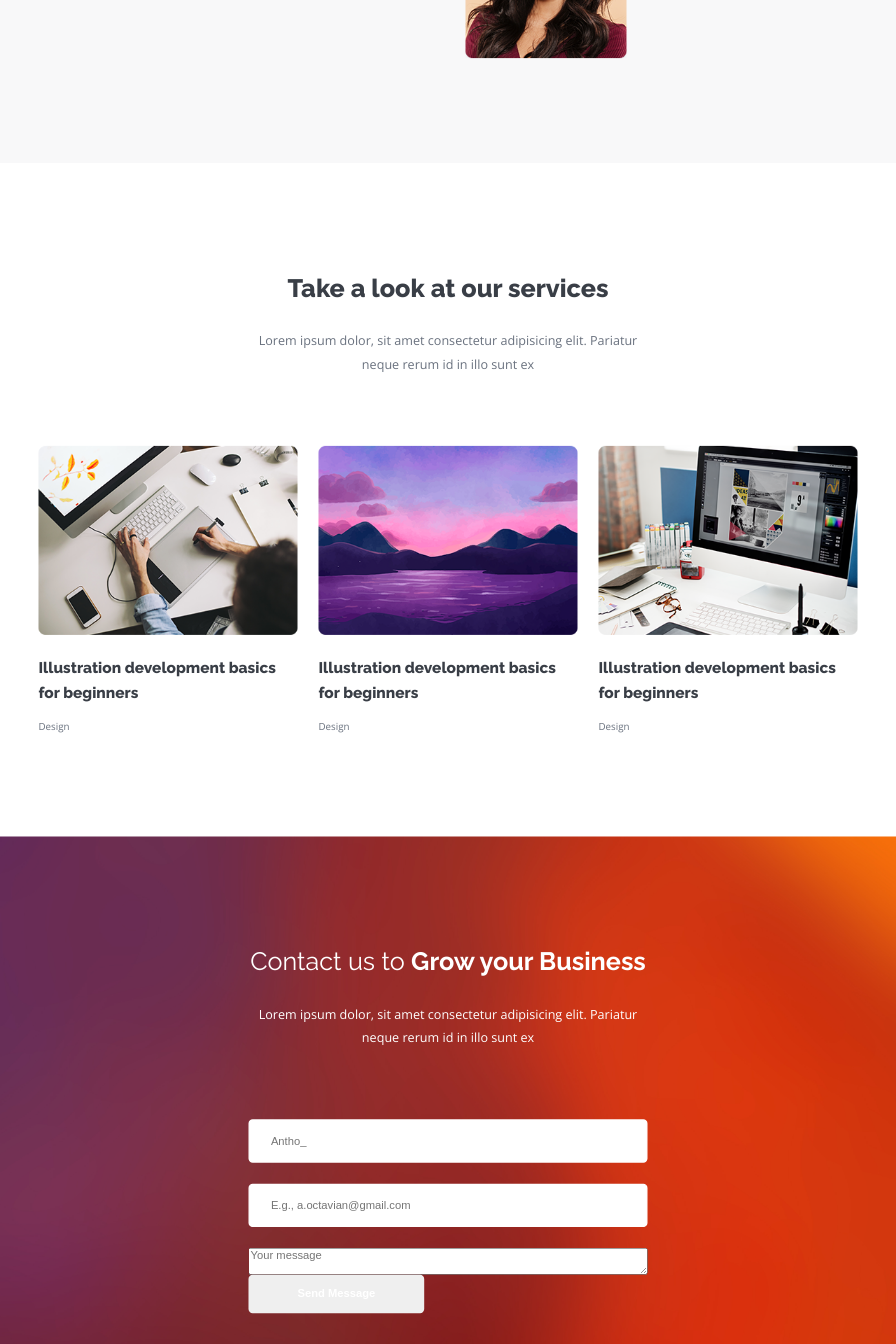
Repository: huydev0401/octavian-1
Page: index.html
The author's editor kept a copy of each file at every save. The page is drawn from the files as they stood at one save, then again after the next save.
The browser window is 1280 px wide. The pictures show the part of the page from y = 4580 to 6500 px (the page is 6606 px tall before and 6573 px after), at 70% of full size.
The style sheet was rebuilt from its Sass, Less or Tailwind sources for each picture, by a compiler version that may differ from the author's.

Above is the page before, as saved 2021-09-02 15:32:59.

### index.html
<!DOCTYPE html>
<html lang="en">
  <head>
    <meta charset="UTF-8" />
    <meta http-equiv="X-UA-Compatible" content="IE=edge" />
    <meta name="viewport" content="width=device-width, initial-scale=1.0" />
    <title>Octavian 1</title>
    <link rel="preconnect" href="https://fonts.googleapis.com">
    <link rel="preconnect" href="https://fonts.gstatic.com" crossorigin>
    <link
        href="https://fonts.googleapis.com/css2?family=Open+Sans:ital,wght@0,300;0,400;0,600;1,700&family=Raleway:wght@400;600;700;800&display=swap"
        rel="stylesheet">
    <link href="https://unpkg.com/ionicons@4.5.10-0/dist/css/ionicons.min.css" rel="stylesheet">
    <link rel="stylesheet" href="./css/app.css">
  </head>
  <body>
    <div class="wrapper">
        <header class="header">
            <div class="container">
                <div class="header-main">
                    <a href="index.html" class="header-logo">
                        <img src="./images/logo.png" alt="">
                    </a>
                    <div class="navigation">
                        <span class="header-phone">
                            Phone: <a href="tel: +055 - 951 237 851">+055 - 951 237 851</a>
                        </span>
                        <img src="./images/icon-search.png" alt="" class="icon-search">
                        <img src="./images/icon-bars.png" alt="" class="menu-toogle">
                    </div>
                </div>
            </div>
        </header>
        <main class="main">
            <section class="hero">
                <img src="./images/img1.png" alt="" class="hero-image">
                <div class="hero-content">
                    <h2 class="hero-caption">
                        creative & digital
                    </h2>
                    <h1 class="hero-heading">
                        Agency
                    </h1>
                    <a href="#" class="hero-link">Purchase Now</a>
                </div>
            </section>
            <section class="portfolio">
                <div class="container">
                   <div class="portfolio-list">
                        <div class="portfolio-column">
                            <div class="portfolio-item">
                                <a href="#" class="portfolio-image">
                                    <img src="./images/img2.png" alt="">
                                </a>
                                <h3>
                                    <a class="portfolio-title title" href="#">Campaign of exhibition of architectural field</a>
                                </h3>
                                <span>
                                    <a href="#" class="portfolio-category text--small">Brand</a>
                                </span>
                            </div>
                            <div class="portfolio-item">
                                <a href="#" class="portfolio-image">
                                    <img src="./images/img3.png" alt="">
                                </a>
                                <h3>
                                    <a class="portfolio-title title" href="#">Campaign of exhibition of architectural field</a>
                                </h3>
                                <span>
                                    <a href="#" class="portfolio-category text--small">Brand</a>
                                </span>
                            </div>
                            <div class="portfolio-item">
                                <a href="#" class="portfolio-image">
                                    <img src="./images/img4.png" alt="">
                                </a>
                                <h3>
                                    <a class="portfolio-title title" href="#">Campaign of exhibition of architectural field</a>
                                </h3>
                                <span>
                                    <a href="#" class="portfolio-category text--small">Brand</a>
                                </span>
                            </div>
                        </div>
                        <div class="portfolio-column">
                            <div class="portfolio-item">
                                <a href="#" class="portfolio-image">
                                    <img src="./images/img5.png" alt="">
                                </a>
                                <h3>
                                    <a class="portfolio-title title" href="#">Campaign of exhibition of architectural field</a>
                                </h3>
                                <span>
                                    <a href="#" class="portfolio-category text--small">Brand</a>
                                </span>
                            </div>
                            <div class="portfolio-item">
                                <a href="#" class="portfolio-image">
                                    <img src="./images/img6.png" alt="">
                                </a>
                                <h3>
                                    <a class="portfolio-title title" href="#">Campaign of exhibition of architectural field</a>
                                </h3>
                                <span>
                                    <a href="#" class="portfolio-category text--small">Brand</a>
                                </span>
                            </div>
                            <div class="portfolio-item">
                                <a href="#" class="portfolio-image">
                                    <img src="./images/img7.png" alt="">
                                </a>
                                <h3>
                                    <a class="portfolio-title title" href="#">Campaign of exhibition of architectural field</a>
                                </h3>
                                <span>
                                    <a href="#" class="portfolio-category text--small">Brand</a>
                                </span>
                            </div>
                            <div class="portfolio-item">
                                <a href="#" class="portfolio-image">
                                    <img src="./images/img8.png" alt="">
                                </a>
                                <h3>
                                    <a class="portfolio-title title" href="#">Campaign of exhibition of architectural field</a>
                                </h3>
                                <span>
                                    <a href="#" class="portfolio-category text--small">Brand</a>
                                </span>
                            </div>
                        </div>
                        <div class="portfolio-column">
                            <div class="portfolio-item">
                                <a href="#" class="portfolio-image">
                                    <img src="./images/img9.png" alt="">
                                </a>
                                <h3>
                                    <a class="portfolio-title title" href="#">Campaign of exhibition of architectural field</a>
                                </h3>
                                <span>
                                    <a href="#" class="portfolio-category text--small">Brand</a>
                                </span>
                            </div>
                            <div class="portfolio-item">
                                <a href="#" class="portfolio-image">
                                    <img src="./images/img10.png" alt="">
                                </a>
                                <h3>
                                    <a class="portfolio-title title" href="#">Campaign of exhibition of architectural field</a>
                                </h3>
                                <span>
                                    <a href="#" class="portfolio-category text--small">Brand</a>
                                </span>
                            </div>
                            <div class="portfolio-item">
                                <a href="#" class="portfolio-image">
                                    <img src="./images/img11.png" alt="">
                                </a>
                                <h3>
                                    <a class="portfolio-title title" href="#">Campaign of exhibition of architectural field</a>
                                </h3>
                                <span>
                                    <a href="#" class="portfolio-category text--small">Brand</a>
                                </span>
                            </div>
                        </div>
                   </div>
                   <a href="#" class="btn btn--primary portfolio-link">Get Started</a>
                </div>
            </section>
            <section class="partner">
                <div class="container">
                    <div class="partner-list">
                        <a href="#" class="partner-item">
                            <img src="./images/logo1.png" alt="">
                        </a>
                        <a href="#" class="partner-item">
                            <img src="./images/logo2.png" alt="">
                        </a>
                        <a href="#" class="partner-item">
                            <img src="./images/logo3.png" alt="">
                        </a>
                        <a href="#" class="partner-item">
                            <img src="./images/logo4.png" alt="">
                        </a>
                        <a href="#" class="partner-item">
                            <img src="./images/logo5.png" alt="">
                        </a>
                        <a href="#" class="partner-item">
                            <img src="./images/logo6.png" alt="">
                        </a>
                        <a href="#" class="partner-item">
                            <img src="./images/logo7.png" alt="">
                        </a>
                        <a href="#" class="partner-item">
                            <img src="./images/logo8.png" alt="">
                        </a>
                    </div>
                </div>
            </section>
            <section class="team">
                <div class="container">
                   <div class="team-main">
                        <div class="team-content">
                            <h2 class="team-heading heading">
                                Our team will be Happy to help you
                            </h2>
                            <p class="team-desc text">
                                Lorem ipsum dolor sit amet consectetur adipisicing elit. Mollitia sapiente perferendis architecto repudiandae
                            </p>
                            <a href="#" class="btn btn--primary team-link">Get Started</a>
                        </div>
                        <div class="team-images">
                            <div class="team-column">
                                <a href="#" class="team-image">
                                    <img src="./images/team1.png" alt="">
                                </a>
                                <a href="#" class="team-image">
                                    <img src="./images/team2.png" alt="" class="team-image2">
                                </a>
                            </div>
                            <div class="team-column">
                                <a href="#" class="team-image">
                                    <img src="./images/team3.png" alt="">
                                </a>
                            </div>
                        </div>
                   </div>
                </div>
            </section>
            <section class="blog">
                <div class="container">
                    <div class="blog-header">
                        <h2 class="blog-heading heading">
                            Take a look at our services
                        </h2>
                        <p class="blog-desc text">
                            Lorem ipsum dolor, sit amet consectetur adipisicing elit. Pariatur neque rerum id in illo sunt ex
                        </p>
                    </div>
                    <div class="blog-content">
                        <div class="blog-item">
                            <a href="#" class="blog-image">
                                <img src="./images/blog1.png" alt="">
                            </a>
                            <h3>
                                <a href="#" class="blog-title title">
                                    Illustration development basics for beginners
                                </a>
                            </h3>
                            <a href="#" class="blog-category text--small">Design</a>
                        </div>
                        <div class="blog-item">
                            <a href="#" class="blog-image">
                                <img src="./images/blog2.png" alt="">
                            </a>
                            <h3>
                                <a href="#" class="blog-title title">
                                    Illustration development basics for beginners
                                </a>
                            </h3>
                            <a href="#" class="blog-category text--small">Design</a>
                        </div>
                        <div class="blog-item">
                            <a href="#" class="blog-image">
                                <img src="./images/blog3.png" alt="">
                            </a>
                            <h3>
                                <a href="#" class="blog-title title">
                                    Illustration development basics for beginners
                                </a>
                            </h3>
                            <a href="#" class="blog-category text--small">Design</a>
                        </div>
                    </div>
                </div>
            </section>
            <section class="contact">
                <div class="container">
                    <div class="contact-container">
                        <div class="contact-header">
                            <h2 class="contact-heading heading">
                                Contact us to <span>Grow your Business</span>
                            </h2>
                            <p class="contact-desc text">
                                Lorem ipsum dolor, sit amet consectetur adipisicing elit. Pariatur neque rerum id in illo sunt ex
                            </p>
                        </div>
                        <form class="contact-form">
                            <input type="text" class="contact-input contact-filed" placeholder="Antho_">
                            <input type="email" class="contact-input contact-filed" placeholder="E.g., a.octavian@gmail.com">
                            <textarea class="contact-area contact-filed" placeholder="Your message"></textarea>
                            <button type="submit" class="btn btn-secondary">Send Message</button>
                        </form>
                    </div>
                </div>
            </section>
        </main>
    </div>
  </body>
</html>

### scss/app.scss
@import "variables";
@import "function";
@import "reset";
@import "base";
@import "header";
@import "hero";
@import "portfolio";
@import "partner";
@import "team";
@import "blog";
@import "contact";

### scss/_variables.scss
$primary-font: "Open Sans", sans-serif;
$secondary-font: "Raleway", sans-serif;
$gray: #393e46;
$gray-dark: #282f3a;
$gray-darkest: #252b36;
$gray-light: #6a727f;
$gray-lightest: #f8f8f9;
$blue-color: #4a44f2;

### scss/_function.scss
@use 'sass:math';
@function lineH($s, $h) {
  @return math.div($s, $h);
} ;

### scss/_base.scss
*,
*:before,
*:after {
  box-sizing: border-box;
}
/* using rem unit */
html {
  font-size: 62.5%;
  scroll-behavior: smooth;
}
a {
  text-decoration: none;
}
img {
  display: block;
  max-width: 100%;
}
body {
  font-family: $primary-font;
  font-size: 18px;
  line-height: 1;
}
input,
button,
textarea,
select {
  outline: none;
  font-family: "Poppins", sans-serif;
  font-size: 16px;
  line-height: 1;
}
input {
  line-height: normal;
}
button {
  cursor: pointer;
}

h1,
h2,
h3,
h4,
h5,
h6 {
  font-family: $secondary-font;
}

.wrapper {
  max-width: 1920px;
  margin: 0 auto;
}

.container {
  max-width: 1200px;
  margin: 0 auto;
  padding-left: 15px;
  padding-right: 15px;
}

.heading {
  font-size: 36px;
  font-weight: 800;
  line-height: lineH(56, 36);
  margin-bottom: 30px;
  color: $gray;
}

.title {
  display: block;
  font-size: 22px;
  line-height: lineH(35, 22);
  color: $gray;
  font-weight: 800;
  margin-bottom: 20px;
  margin-top: 30px;
}

.text {
  display: block;
  font-weight: 400;
  color: $gray-light;
  line-height: lineH(34, 18);
  &--small {
    font-size: 14px;
    color: $gray-light;
  }
}

.btn {
  border: none;
  outline: none;
  cursor: pointer;
  display: inline-flex;
  align-items: center;
  justify-content: center;
  height: 55px;
  padding-left: 70px;
  padding-right: 70px;
  border-radius: 6px;
  color: #fff;
  font-weight: 600;
  font-size: 16px;
  &--primary {
    background-color: $blue-color;
  }
}

### scss/_header.scss
.header {
  &-main {
    padding: 40px 0;
    display: flex;
    align-items: center;
    justify-content: space-between;
  }
  &-logo {
    display: inline-block;
  }
  &-phone {
    display: inline-block;
    font-size: 16px;
    font-weight: 300;
    color: $gray;
    a {
      font-weight: 600;
      color: inherit;
      margin-left: 20px;
    }
  }
}

.navigation {
  display: flex;
  align-items: center;
  gap: 0 70px;
}

### scss/_hero.scss
.hero {
  margin-bottom: 200px;
  position: relative;
  &-image {
    margin-left: auto;
    max-width: 65%;
  }
  &-content {
    position: absolute;
    z-index: 2;
    left: 18.75%;
    top: 50%;
    transform: translateY(-50%);
    color: $gray;
  }
  &-caption {
    font-size: 72px;
    font-weight: 600;
    margin-bottom: 20px;
  }
  &-heading {
    font-size: 150px;
    font-weight: 800;
    text-transform: uppercase;
    margin-bottom: 40px;
  }
  &-link {
    color: $gray-light;
    text-decoration: underline;
  }
}

### scss/_portfolio.scss
.portfolio {
  margin-bottom: 150px;
  &-list {
    display: grid;
    grid-template-columns: repeat(3, 1fr);
    grid-gap: 0 90px;
    margin-bottom: 100px;
  }
  &-column {
    display: flex;
    align-items: center;
    flex-direction: column;
    gap: 90px 0;
  }
  &-link {
    position: relative;
    left: 50%;
    transform: translateX(-50%);
  }
}

### scss/_partner.scss
.partner {
  padding: 150px 0;
  &-list {
    display: grid;
    grid-template-columns: repeat(4, 1fr);
    grid-gap: 100px 0;
  }
  &-item {
    display: flex;
    justify-content: center;
    align-items: center;
    padding: 0 45px;
    transition: all 0.2s linear;
    &:hover {
      opacity: 0.3;
    }
  }
}

### scss/_team.scss
.team {
  padding: 150px 0;
  background-color: $gray-lightest;
  &-main {
    display: flex;
    align-items: center;
    gap: 0 100px;
  }
  &-content {
    max-width: 370px;
  }
  &-desc {
    margin-bottom: 50px;
  }
  &-images {
    max-width: 670px;
    display: flex;
    align-items: center;
    gap: 0 30px;
  }
  &-image2 {
    margin: 30px 0 0 auto;
  }
}

### scss/_blog.scss
.blog {
  padding: 150px 0;
  &-header {
    max-width: 570px;
    margin: 0 auto 100px;
    text-align: center;
  }
  &-content {
    display: grid;
    grid-template-columns: repeat(3, 1fr);
    grid-gap: 0 30px;
  }
}

### scss/_contact.scss
.contact {
  padding: 150px 0;
  background: url("../images/contact-bg.png") no-repeat center / cover;
  &-container {
    max-width: 570px;
    margin: 0 auto;
  }
  &-header {
    text-align: center;
    margin-bottom: 100px;
  }
  &-heading {
    font-weight: 400;
    span {
      font-weight: 700;
    }
  }
  &-heading,
  &-desc {
    color: #fff;
  }
  .contact-input,
  .contact-area {
    display: block;
    width: 100%;
  }
  .contact-input {
    outline: none;
    padding: 20px 30px;
    margin-bottom: 30px;
    border-radius: 6px;
    border: 2px solid #fff;
  }
}

Loaded but not shown: scss/_reset.scss (common file)

After the next save:
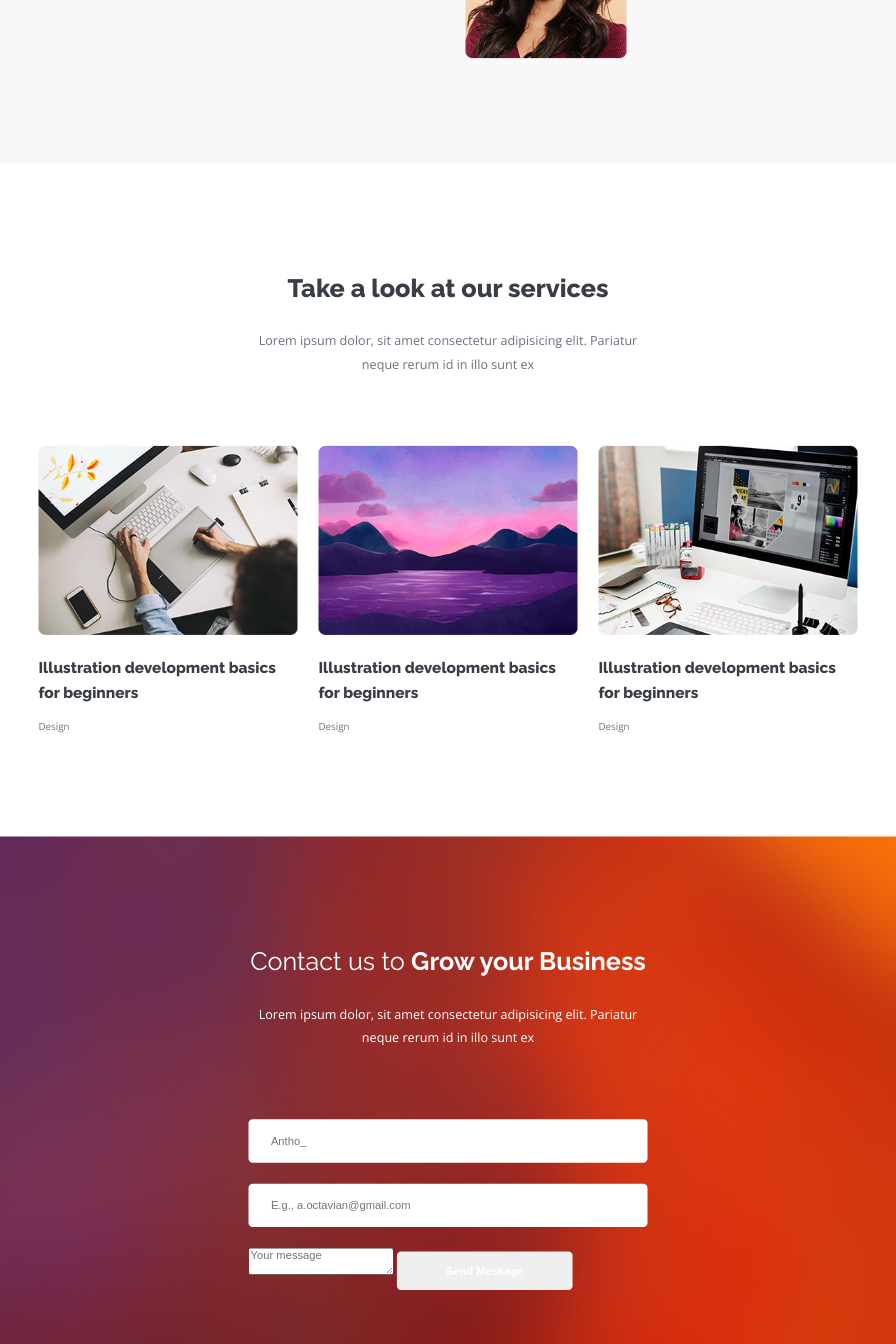
Saved 20 s later.
--- a/scss/_contact.scss
+++ b/scss/_contact.scss
@@ -19,16 +19,13 @@
   &-desc {
     color: #fff;
   }
-  .contact-input,
-  .contact-area {
-    display: block;
-    width: 100%;
-  }
   .contact-input {
     outline: none;
     padding: 20px 30px;
     margin-bottom: 30px;
     border-radius: 6px;
     border: 2px solid #fff;
+    display: block;
+    width: 100%;
   }
 }
